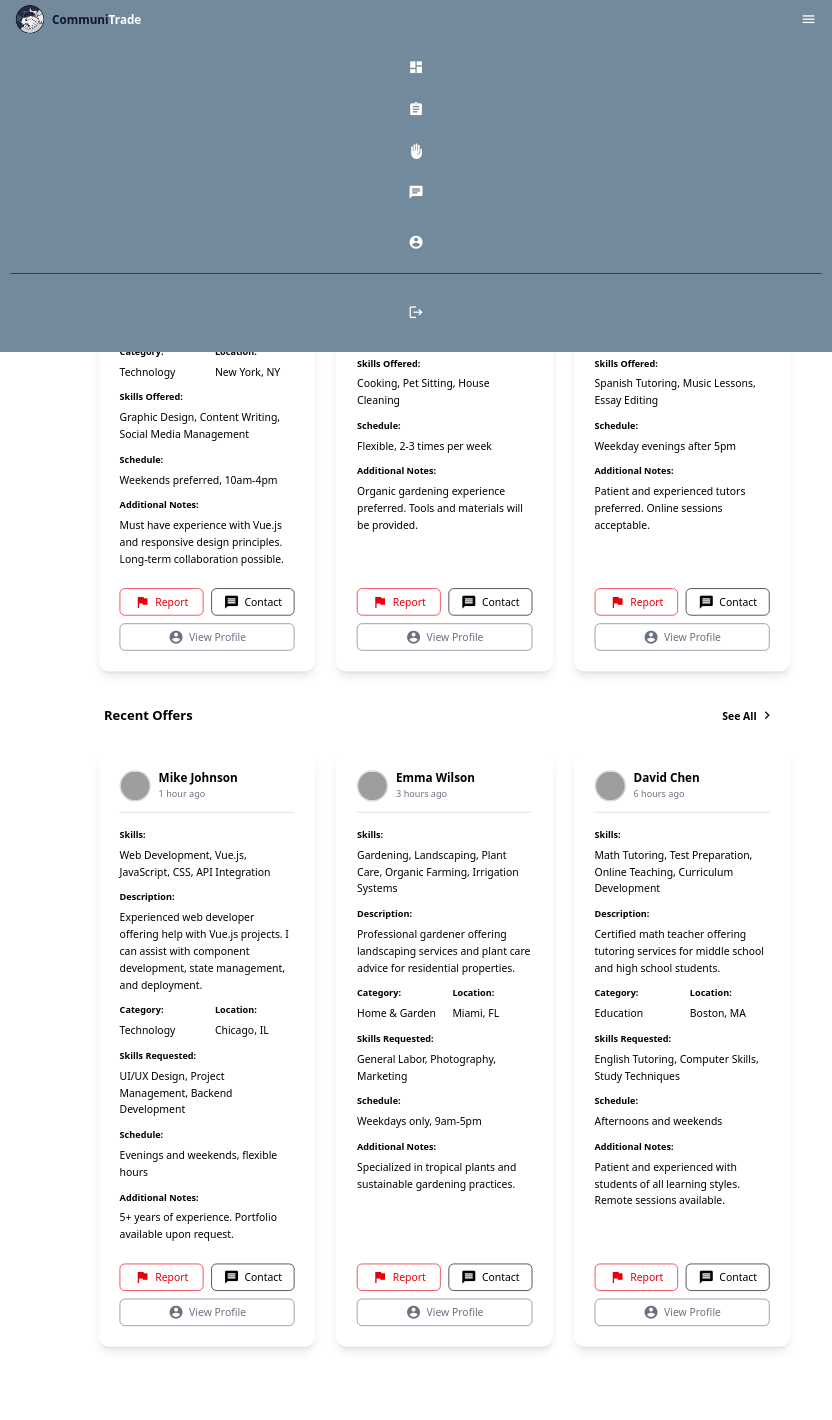
Repository: wholaanmo/communitrade_app
Page: /user/dashboard
The author's editor kept a copy of each file at every save. The page is drawn from the files as they stood at one save, then again after a run of saves.
The browser window is 1280 px wide. The pictures show the whole page, at 65% of full size.
Pictures or frames that could not be fetched are drawn as grey boxes. The project was rebuilt for these pictures with package versions that can differ from the ones it lists, and the page was loaded fresh each time. Some packages were replaced by stand-ins written for this rebuild. The framework's server and built-in components were replaced by stand-ins that run in the browser. Also part of the build but not shown: next.config.mjs.

Above is the page before, as saved 2025-10-28 01:15:34.

After the next 3 saves:
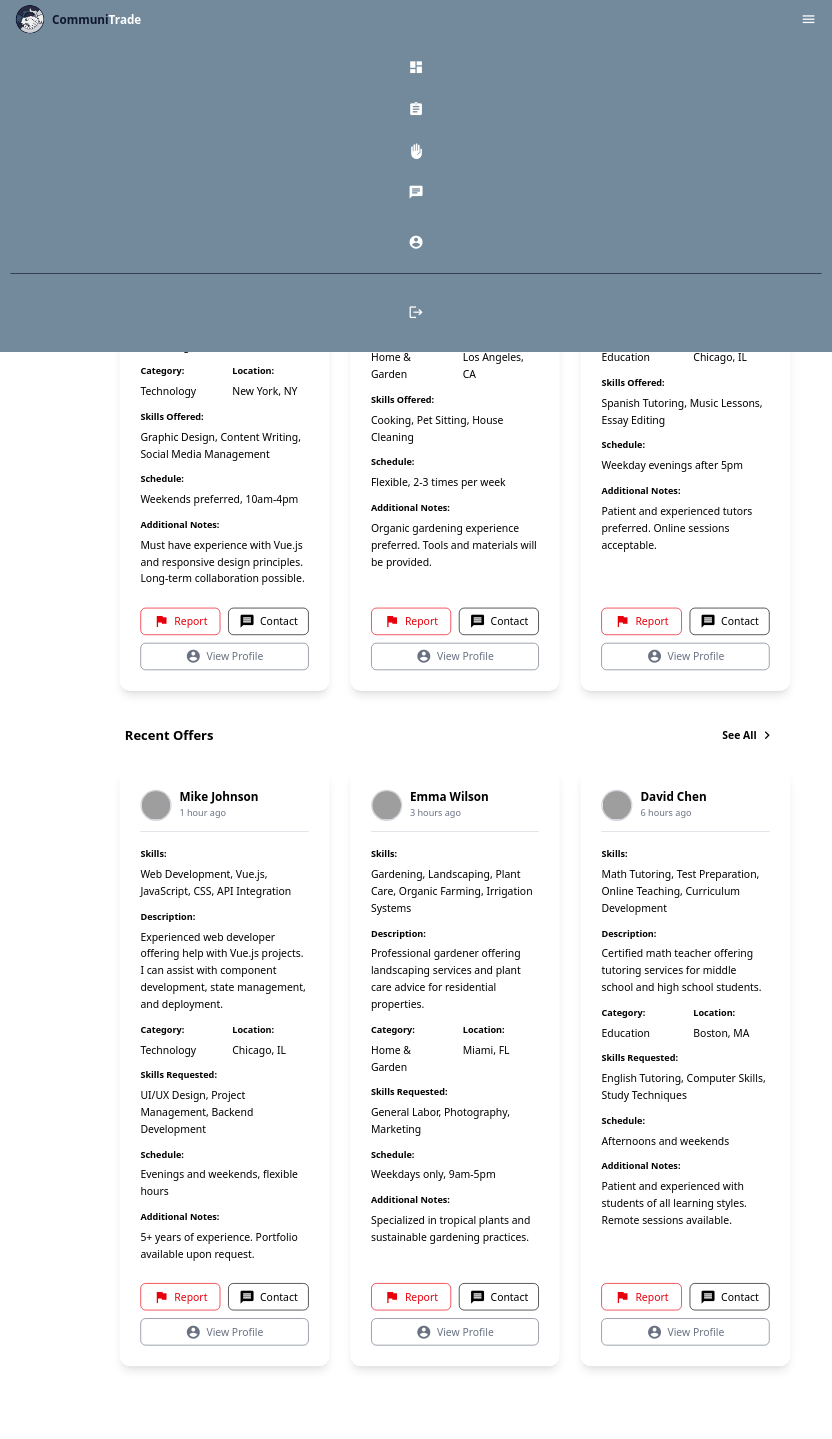
The 3 saves are shown as one change because 2 did not build or start.
The last was saved 38 s later.
--- a/app/user/layout.js
+++ b/app/user/layout.js
@@ -1,13 +1,13 @@
+
+
 'use client'
 
 import { useState } from 'react'
-import { usePathname } from 'next/navigation'
 import UserNavbar from '@/components/user/UserNavbar'
 import UserSidebar from '@/components/user/UserSidebar'
 
 export default function UserLayout({ children }) {
   const [sidebarOpen, setSidebarOpen] = useState(false)
-  const pathname = usePathname()
 
   const toggleSidebar = () => {
     setSidebarOpen(!sidebarOpen)
@@ -16,26 +16,26 @@ export default function UserLayout({ children }) {
   return (
     <div className="user-layout min-h-screen">
       <UserNavbar toggleSidebar={toggleSidebar} />
-      <div className="layout-body flex min-h-[calc(100vh-60px)] mt-[30px]">
+      <div className="layout-body flex min-h-[calc(100vh-60px)] mt-[60px]">
         <UserSidebar isOpen={sidebarOpen} onToggle={setSidebarOpen} />
-        <main className={`user-content flex-1 ml-[calc(1.5rem+32px)] transition-all duration-200 ease-out p-8 ${sidebarOpen && 'sidebar-open'}`}>
+        <main className={`user-content flex-1 transition-all duration-500 ease-out p-8 ${
+          sidebarOpen ? 'ml-[var(--sidebar-width)]' : 'ml-[calc(3.5rem+32px)]'
+        }`}>
           {children}
         </main>
       </div>
 
+      <style jsx global>{`
+        :root {
+          --sidebar-width: 280px;
+        }
+      `}</style>
+
       <style jsx>{`
-        .user-content.sidebar-open {
-          margin-left: var(--sidebar-width);
-        }
-
         @media (max-width: 768px) {
           .user-content {
-            margin-left: 0;
+            margin-left: 0 !important;
             padding: 1rem;
-          }
-
-          .user-content.sidebar-open {
-            margin-left: 0;
           }
         }
       `}</style>
